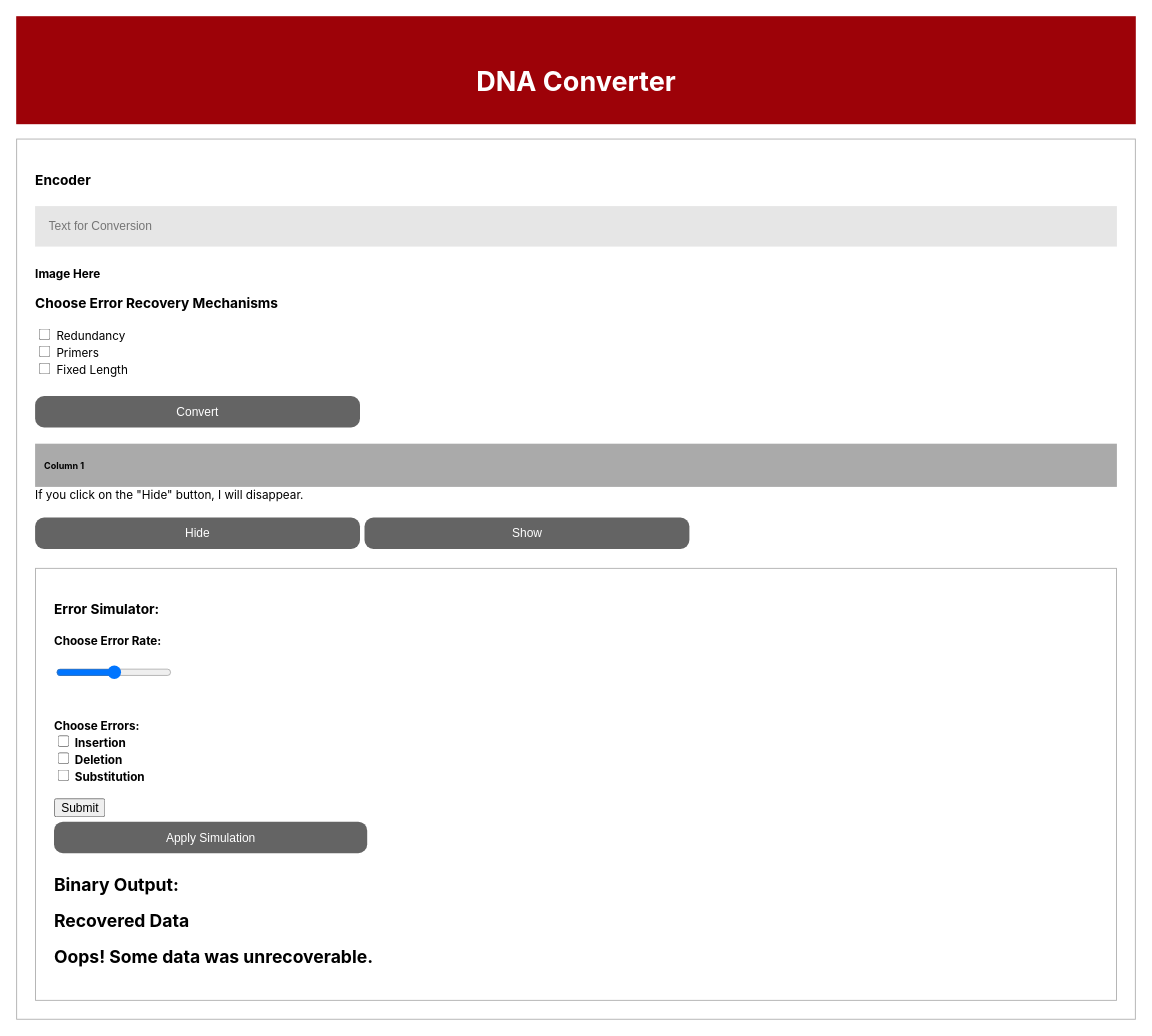
Repository: komalharjani/MSc-Thesis-DNA-Storage
Page: index.html
An editor plug-in stored every save of this project. The page is shown before and after the next save, followed by the edit.
The browser window is 1280 px wide. The pictures show the whole page, at 90% of full size.

Above is the page before, as saved 2020-08-16 22:27:50.

After the next save:
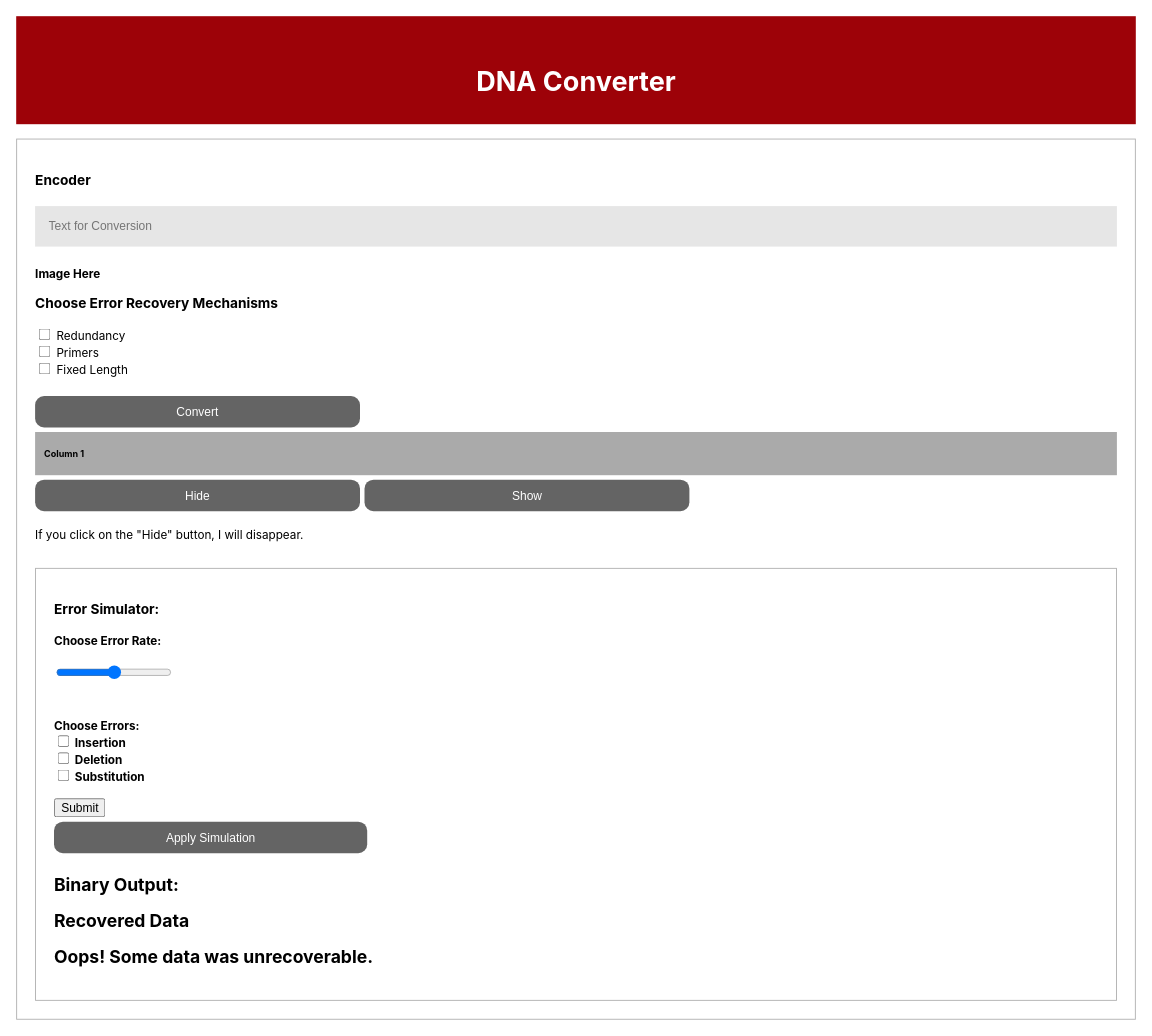
Saved 28 s later.
--- a/index.html
+++ b/index.html
@@ -36,10 +36,10 @@
                   <p id="dnaOutput"></p>
             </div>
 
-            <p id="dnaOutput">If you click on the "Hide" button, I will disappear.</p>
-
             <button id="hide">Hide</button>
             <button id="show">Show</button>
+
+            <p id="dnaOutput">If you click on the "Hide" button, I will disappear.</p>
 
             <script>
                 $(document).ready(function(){
